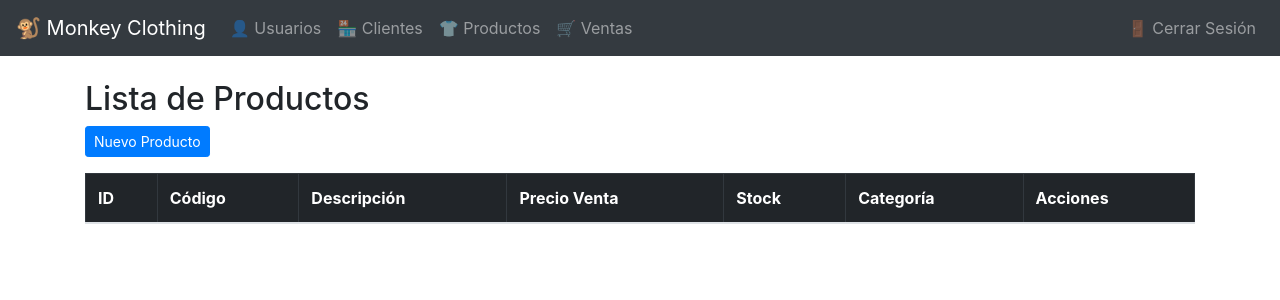
Repository: ZjhonzGz/MonkeyClothing
Page: http://localhost/producto/lista
The author's editor kept a copy of each file at every save. The page is drawn from the files as they stood at one save, then again after the next save.
The browser window is 1280 px wide. The pictures show the whole page.
Some web libraries are served in a nearby version. The page is this project's Thymeleaf template; nobody is signed in. The template is opened directly, without the code that normally fills it, so the values that code supplies are empty.

Above is the page before, as saved 2026-02-21 20:47:14.

After the next save:
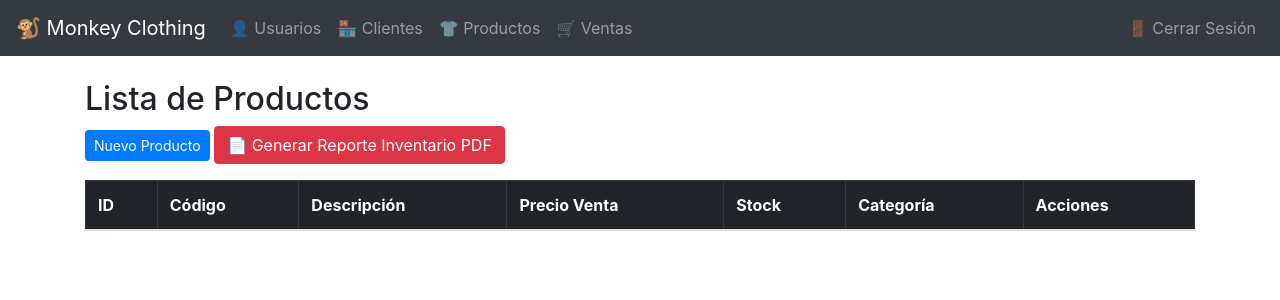
Saved 68 s later.
--- a/Monkey Clothing/monkeyclothing/src/main/resources/templates/producto/lista.html
+++ b/Monkey Clothing/monkeyclothing/src/main/resources/templates/producto/lista.html
@@ -13,6 +13,11 @@
 <div class="container mt-4">
     <h2>Lista de Productos</h2>
     <a th:href="@{/productos/nuevo}" class="btn btn-primary btn-sm mb-3">Nuevo Producto</a>
+
+	<a th:href="@{/reportes/inventario/pdf}" target="_blank"
+	   class="btn btn-danger mb-3">
+	   📄 Generar Reporte Inventario PDF
+	</a>
 
     <table class="table table-striped table-bordered">
         <thead class="table-dark">
